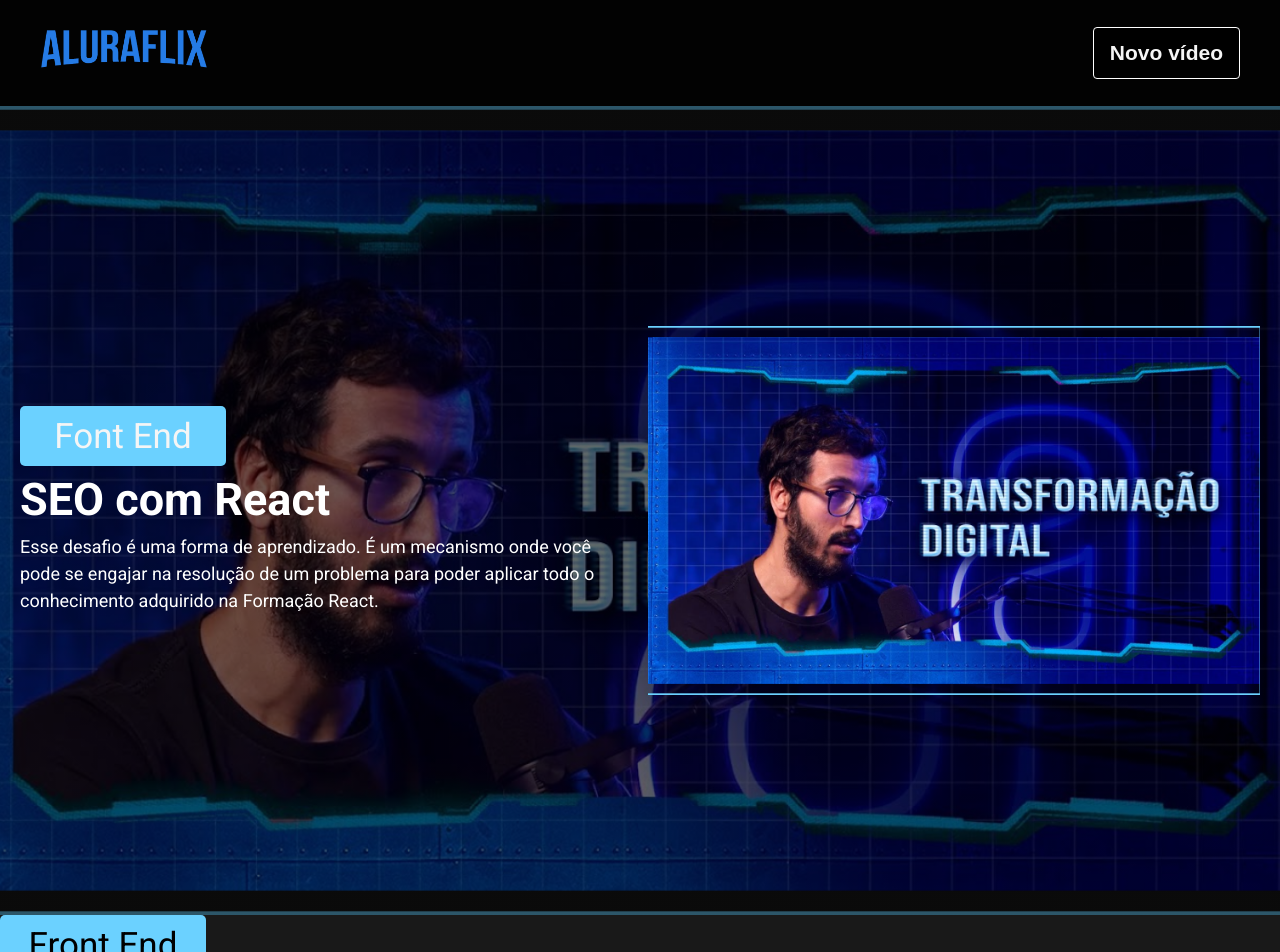
Repository: CarlosEduardoVdeOliveira/aluraflix
Page: /
An editor plug-in stored every save of this project. The page is shown before and after the next save, followed by the edit.
The browser window is 1280 px wide. The pictures show the part of the page from y = 0 to 952 px (the page is 2961 px tall).
The project was rebuilt for these pictures with package versions that can differ from the ones it lists, and the page was loaded fresh each time. Also part of the build but not shown: vite.config.js, src/components/Input/Input.module.css, src/components/Input/index.jsx, src/components/TextArea/TextArea.module.css, src/components/TextArea/index.jsx, src/pages/RegisterVideo/Register.module.css, src/pages/RegisterVideo/index.jsx, src/components/Table/Table.module.css and 3 more.

Above is the page before, as saved 2023-09-26 10:12:35.

### index.html
<!doctype html>
<html lang="en">
  <head>
    <meta charset="UTF-8" />
    <link rel="preconnect" href="https://fonts.googleapis.com">
    <link rel="preconnect" href="https://fonts.gstatic.com" crossorigin>
    <!-- <link rel="icon" type="image/svg+xml" href="/vite.svg" /> -->
    <meta name="viewport" content="width=device-width, initial-scale=1.0" />
    <link href="https://fonts.googleapis.com/css2?family=Roboto:wght@300;400;500;700&display=swap" rel="stylesheet">
    <title>AluraFlix</title>
  </head>
  <body>
    <div id="root"></div>
    <script type="module" src="/src/main.jsx"></script>
  </body>
</html>

### src/main.jsx
import React from 'react'
import ReactDOM from 'react-dom/client'
import {AppRoutes} from './routes'
import './index.css'
import { ThemeProvider } from '@emotion/react'
import { theme } from './customColors'

ReactDOM.createRoot(document.getElementById('root')).render(
  <React.StrictMode>
    <ThemeProvider theme={theme}>
      <AppRoutes />
    </ThemeProvider>
  </React.StrictMode>,
)

### src/routes.jsx
import { BrowserRouter, Route, Routes } from 'react-router-dom'
import {PageBase} from './pages/pageBase'
import {Home} from './pages/Home'
import { ThemeProvider } from '@mui/material'
import { theme } from './customColors'
import {RegisterVideo} from './pages/RegisterVideo'
import {RegisterCategory} from './pages/RegisterCategory'


export const AppRoutes = () => {
  return (
    <BrowserRouter>
      <ThemeProvider theme={theme}>
        <Routes>
          <Route path='/' element={<PageBase />}>
            <Route index element={<Home />}></Route>
            <Route path='register-video' element={<RegisterVideo />}></Route>
            <Route path='register-category' element={<RegisterCategory />}></Route>
          </Route>
        </Routes>
      </ThemeProvider>
    </BrowserRouter>
  )
}

### src/index.css
:root {
  --gray-100: #F5F5F5;
  --gray-150: #E5E5E5;
  --gray-175: #C2C2C2;
  --gray-300: #9E9E9E;
  --gray-500: #191919;
  --black: #000;
  --blue-500: #2A7AE4;
  --red-500: #E53935;
  font-family: 'Roboto', sans-serif;
  line-height: 1.5;
  font-weight: 400;
  font-size: 1rem;
  font-synthesis: none;
  text-rendering: optimizeLegibility;
  -webkit-font-smoothing: antialiased;
  -moz-osx-font-smoothing: grayscale;
  -webkit-text-size-adjust: 100%;
}
*{
  box-sizing: border-box;
  margin: 0;
  padding: 0;
  scroll-behavior: smooth;
}
body{
  background-color: var(--gray-500);
}
a {
  text-decoration: none;
  transiton: .5s all ease-out;
}

button{
  cusor: pointer;
  transiton: .5s all ease-out;
}

@media screen and (max-width: 1080px){
  body{
    font-size: 87.5%;
  }
}
@media screen and (max-width: 700px){
  body{
    font-size: 75%;
  }
}

### src/customColors.js
import { createTheme } from '@mui/material/styles';

export const theme = createTheme({
  palette: {
    withe: "#FFFFFF",
    gray100: "#F5F5F5",
    gray150: "#E5E5E5",
    gray175: "#C2C2C2",
    gray300: "#9E9E9E",
    gray500: "#191919",
    black: "#000000",
    blue500: "#2A7AE4",
    red500: "#E53935",
  },
});

### src/pages/pageBase/index.jsx
import { Banner } from '../../components/Banner';
import {Footer} from '../../components/Footer';
import {Header} from '../../components/Header'
import { Outlet } from "react-router-dom";
import { useLocation } from 'react-router-dom';


export const PageBase = () => {
  const location = useLocation()
  return (
    <main>
      <Header button={location.pathname === '/'} />
      <Banner banner={location.pathname === '/'} />
      <Outlet />
      <Footer />
    </main>
  )
}

### src/pages/Home/index.jsx
import {Category} from "../../components/Category";

// eslint-disable-next-line react/prop-types
export const Home = () => {

  return (
    <>
      {
        <Category />
      }
    </>
  )
}

### src/components/Banner/index.jsx
/* eslint-disable react/prop-types */
import styles from './Banner.module.css'
import bannerImage from '../../../public/banner.png'
import {TitleCategory} from '../TitleCategory';

export const Banner = ({banner}) => {
  return(
    <>
      {
        banner && (
        <div className={styles.container}>
          <div className={styles.content}>
            <TitleCategory
              bgColor="#6BD1FF"
              color="#f5f5f5"
            >
              Font End
            </TitleCategory>
            <h5 >
              SEO com React
            </h5>
            <p>
              Esse desafio é uma forma de aprendizado.
              É um mecanismo onde você pode se engajar na resolução de um problema
              para poder aplicar todo o conhecimento adquirido na Formação React.
            </p>
          </div>
          <img src={bannerImage} alt='Imagem do SEO da alura, '/>
        </div>
        )
      }
    </>
  );
}

### src/components/Footer/index.jsx
import { Link } from 'react-router-dom'
import logo from '../../assets/logo.png'
import styles from './Footer.module.css'
export const Footer = () => {
  return (
    <footer className={styles.container}>
      <Link to='/'>
        <img src={logo} alt="Logo do aluraflix" />
      </Link>
    </footer>
  )
}

### src/components/Header/index.jsx
/* eslint-disable react/prop-types */
// eslint-disable-next-line no-unused-vars
import React from 'react';
import logo from '../../assets/logo.png'
import styles from './Header.module.css'
import { Link } from 'react-router-dom';
import {Button} from '../Button';


export const Header = ({button}) => {

  return (
    <header className={styles.container}>
      <Link to="/">
        <img src={logo} alt='Logo do aluraflix' />
      </Link>
      {button &&
          <Link to="/register-video">
            <Button
              bgColor="#000"
              borderColor="1px solid #FFF"
              color="#F5f5f5"
            >
                  Novo vídeo
            </Button>
          </Link>
      }
    </header>
  )
}

### src/components/Category/index.jsx
import { TitleCategory } from "../TitleCategory";
import styles from "./Category.module.css";
import { videos, categories } from "../../json/db.json";
import Carousel from 'react-material-ui-carousel'
import { Card } from "../Card";

export const Category = () => {
  function verifyCategory(category){
    const vcat = videos.some(vc => vc.category === category)
    return vcat
  }
    console.log(verifyCategory("Front End"));
  return (
    <>
      {
        categories.map((category) => (
          <section className={styles.container} key={category.id}>
            <TitleCategory bgColor={category.color}>{category.name}</TitleCategory>
            <Carousel >
              <div className={styles.videos}>
                {videos.map(
                  (video) =>
                    category.name === video.category && (
                      <Card
                        link={video.link}
                        key={video.id}
                        thumbnail={video.thumbnail}
                        borderColor={category.color}
                        description={video.description}
                      />
                    )
                )}
              </div>

            </Carousel>
          </section>
        ))
      }
    </>
  );
};

### src/components/Button/index.jsx
/* eslint-disable react/prop-types */
import styles from './Button.module.css'

export const Button = ({children, bgColor, borderColor, color}) => {
  return(
    <button className={styles.button}
      style={{
        background:bgColor,
        border:borderColor,
        color:color
      }}
    >
      {children}
    </button>
  )
}

### src/json/db.json
{
  "videos":[
  {
    "id": 1,
    "name": "Homem-Aranha - Sem Volta Para Casa",
    "link": "https://www.youtube.com/watch?v=k77WZrvuDQU&ab_channel=Alura",
    "thumbnail": "https://i.ytimg.com/vi/k77WZrvuDQU/sddefault.jpg",
    "category": "Front End",
    "description": "Descrição qualquer"
  },
  {
    "id": 2,
    "name": "Homem-Aranha - Sem Volta Para Casa",
    "link": "https://www.youtube.com/watch?v=k77WZrvuDQU&ab_channel=Alura",
    "thumbnail": "https://i.ytimg.com/vi/CyiiEJRZjSU/maxresdefault.jpg",
    "category": "Front End",
    "description": "Descrição qualquer"
  },
  {
    "id": 3,
    "name": "Homem-Aranha - Sem Volta Para Casa",
    "link": "https://www.youtube.com/watch?v=hHM-hr9q4mo&ab_channel=Rocketseat",
    "thumbnail": "https://i.ytimg.com/vi/hHM-hr9q4mo/maxresdefault.jpg",
    "category": "Front End",
    "description": "Descrição qualquer"
  },
  {
    "id": 4,
    "name": "Homem-Aranha - Sem Volta Para Casa",
    "link": "https://www.youtube.com/watch?v=hHM-hr9q4mo&ab_channel=Rocketseat",
    "thumbnail": "https://i.ytimg.com/vi/hHM-hr9q4mo/maxresdefault.jpg",
    "category": "Back End",
    "description": "Descrição qualquer"
  },
  {
    "id": 5,
    "name": "Homem-Aranha - Sem Volta Para Casa",
    "link": "https://www.youtube.com/watch?v=hHM-hr9q4mo&ab_channel=Rocketseat",
    "thumbnail": "https://i.ytimg.com/vi/hHM-hr9q4mo/maxresdefault.jpg",
    "category": "Back End",
    "description": "Descrição qualquer"
  },
  {
    "id": 6,
    "name": "Homem-Aranha - Sem Volta Para Casa",
    "link": "https://www.youtube.com/watch?v=hHM-hr9q4mo&ab_channel=Rocketseat",
    "thumbnail": "https://i.ytimg.com/vi/hHM-hr9q4mo/maxresdefault.jpg",
    "category": "Back End",
    "description": "Descrição qualquer"
  },
  {
    "id": 7,
    "name": "Homem-Aranha - Sem Volta Para Casa",
    "link": "https://www.youtube.com/watch?v=MGIs7DSQ-0A&ab_channel=Alura",
    "thumbnail": "https://i.ytimg.com/vi/MGIs7DSQ-0A/maxresdefault.jpg",
    "category": "Mobile",
    "description": "Descrição qualquer"
  },
  {
    "id": 8,
    "name": "Homem-Aranha - Sem Volta Para Casa",
    "link": "https://www.youtube.com/watch?v=MGIs7DSQ-0A&ab_channel=Alura",
    "thumbnail": "https://i.ytimg.com/vi/MGIs7DSQ-0A/maxresdefault.jpg",
    "category": "Mobile",
    "description": "Descrição qualquer"
  },
  {
    "id": 9,
    "name": "Homem-Aranha - Sem Volta Para Casa",
    "link": "https://www.youtube.com/watch?v=MGIs7DSQ-0A&ab_channel=Alura",
    "thumbnail": "https://i.ytimg.com/vi/MGIs7DSQ-0A/maxresdefault.jpg",
    "category": "Mobile",
    "description": "Descrição qualquer"
  },
  {
    "id": 10,
    "name": "Homem-Aranha - Sem Volta Para Casa",
    "link": "https://www.youtube.com/watch?v=CyiiEJRZjSU",
    "thumbnail": "https://i.ytimg.com/vi/CyiiEJRZjSU/maxresdefault.jpg",
    "category": "Data Science",
    "description": "Descrição qualquer"
  },
  {
    "id": 11,
    "name": "Homem-Aranha - Sem Volta Para Casa",
    "link": "https://www.youtube.com/watch?v=CyiiEJRZjSU",
    "thumbnail": "https://i.ytimg.com/vi/CyiiEJRZjSU/maxresdefault.jpg",
    "category": "Data Science",
    "description": "Descrição qualquer"
  },
  {
    "id": 12,
    "name": "Homem-Aranha - Sem Volta Para Casa",
    "link": "https://www.youtube.com/watch?v=CyiiEJRZjSU",
    "thumbnail": "https://i.ytimg.com/vi/CyiiEJRZjSU/maxresdefault.jpg",
    "category": "Data Science",
    "description": "Descrição qualquer"
  },
  {
    "id": 13,
    "name": "Homem-Aranha - Sem Volta Para Casa",
    "link": "https://www.youtube.com/watch?v=CyiiEJRZjSU",
    "thumbnail": "https://i.ytimg.com/vi/CyiiEJRZjSU/maxresdefault.jpg",
    "category": "UX",
    "description": "Descrição qualquer"
  },
  {
    "id": 14,
    "name": "Homem-Aranha - Sem Volta Para Casa",
    "link": "https://www.youtube.com/watch?v=CyiiEJRZjSU",
    "thumbnail": "https://i.ytimg.com/vi/CyiiEJRZjSU/maxresdefault.jpg",
    "category": "UX",
    "description": "Descrição qualquer"
  },
  {
    "id": 15,
    "name": "Homem-Aranha - Sem Volta Para Casa",
    "link": "https://www.youtube.com/watch?v=CyiiEJRZjSU",
    "thumbnail": "https://i.ytimg.com/vi/CyiiEJRZjSU/maxresdefault.jpg",
    "category": "UX",
    "description": "Descrição qualquer"
  },
  {
    "id": 16,
    "name": "Homem-Aranha - Sem Volta Para Casa",
    "link": "https://www.youtube.com/watch?v=CyiiEJRZjSU",
    "thumbnail": "https://i.ytimg.com/vi/CyiiEJRZjSU/maxresdefault.jpg",
    "category": "Infra",
    "description": "Descrição qualquer"
  },
  {
    "id": 17,
    "name": "Homem-Aranha - Sem Volta Para Casa",
    "link": "https://www.youtube.com/watch?v=CyiiEJRZjSU",
    "thumbnail": "https://i.ytimg.com/vi/CyiiEJRZjSU/maxresdefault.jpg",
    "category": "Infra",
    "description": "Descrição qualquer"
  },
  {
    "id": 18,
    "name": "Homem-Aranha - Sem Volta Para Casa",
    "link": "https://www.youtube.com/watch?v=CyiiEJRZjSU",
    "thumbnail": "https://i.ytimg.com/vi/CyiiEJRZjSU/maxresdefault.jpg",
    "category": "Infra",
    "description": "Descrição qualquer"
  },
  {
    "id": 19,
    "name": "Homem-Aranha - Sem Volta Para Casa",
    "link": "https://www.youtube.com/watch?v=CyiiEJRZjSU",
    "thumbnail": "https://i.ytimg.com/vi/CyiiEJRZjSU/maxresdefault.jpg",
    "category": "Inovation",
    "description": "Descrição qualquer"
  },
  {
    "id": 20,
    "name": "Homem-Aranha - Sem Volta Para Casa",
    "link": "https://www.youtube.com/watch?v=CyiiEJRZjSU",
    "thumbnail": "https://i.ytimg.com/vi/CyiiEJRZjSU/maxresdefault.jpg",
    "category": "Inovation",
    "description": "Descrição qualquer"
  },
  {
    "id": 21,
    "name": "Homem-Aranha - Sem Volta Para Casa",
    "link": "https://www.youtube.com/watch?v=CyiiEJRZjSU",
    "thumbnail": "https://i.ytimg.com/vi/CyiiEJRZjSU/maxresdefault.jpg",
    "category": "Inovation",
    "description": "Descrição qualquer"
  },
  {
    "id": 22,
    "name": "Homem-Aranha - Sem Volta Para Casa",
    "link": "https://www.youtube.com/watch?v=CyiiEJRZjSU",
    "thumbnail": "https://i.ytimg.com/vi/CyiiEJRZjSU/maxresdefault.jpg",
    "category": "AI",
    "description": "Descrição qualquer"
  }
],
"categories":[
  {

    "id":1,
    "name":"Front End",
    "description": "Todos os vídeo da área de Front End juntarei nessa categoria para organizar os estudos que venho fazendo atualmente (FieldTextarea)",
    "color":"#6BD1FF"
  },
  {
    "id":2,
    "name":"Back End",
    "description": "Todos os vídeo que estou usando para estudar Back End ",
    "color":"#69953B"
  },
  {
    "id":3,
    "name":"Design & UX",
    "description": "Ferramentas e técnicas que estudo sobre UX e Design",
    "color":"#DC6EBE"
  },
  {
    "id":4,
    "name":"Infraestrutura" ,
    "description": "Tudo que estou aprendendo sobre Docker e muito mais",
    "color":"#9CD33B"
  },
  {
    "id":5,
    "name":"Marketing Digital",
    "description": "A forma de vender a monetizar minhas ideias",
    "color":"#6B5BE2"
  },
  {
    "id":6,
    "name":"Data Science",
    "description": "Coisas de R e Python que venho aprendendo",
    "color":"#9CD33B"
  },
  {
    "id":7,
    "name":"Inovação & Gestão",
    "description": "Como manter o time feliz e muito mais",
    "color":"#FF8C2A"
  },
  {
    "id":8,
    "name":"Mobile",
    "description": "Conteúdo que venho estudando sobre React Native e Flutter",
    "color":"#FFBA05"
  },
  {
    "id":9,
    "name":"AI",
    "description": "Conteúdo que venho estudando sobre React Native e Flutter",
    "color":"#B210C7"
  }
]
}

### src/components/Banner/Banner.module.css
.container{
  background: linear-gradient(rgba(0, 0, 0, 0.59), rgba(0, 0, 0, 0.59)),
  url(../../../public/banner.png) center / cover no-repeat;
  width: 100%;
  height: 50.563rem;
  display: grid;
  grid-template-columns: 1fr 1fr;
  align-items: center;
  gap: 1rem;
  padding: 20px;
}
.container img{
  width: 100%;
  flex-shrink: 0;
}
.content{
  color: #FFF;
}
.content h5{
  font-size: 2.813rem;
}
.content p{
  font-size: 1.125rem;
}

### src/components/TitleCategory/index.jsx
import styles from "./TitleCategory.module.css"
// eslint-disable-next-line react/prop-types
export const TitleCategory = ({children, bgColor, color}) => {
  return(
    <div
      className={styles.container}
      style={{
        backgroundColor: bgColor,
        color: color
      }}
    >
      {children}
    </div>
  )
}

### src/components/Footer/Footer.module.css
.container{
  display: flex;
  align-items: center;
  justify-content: center;
  padding: 1.688rem 2.5rem;
  background-color: rgba(0, 0, 0, 0.9);
}

.container img{
  width: 168.45px;
  height: 40px;
}

### src/components/Header/Header.module.css
.container{
  display: flex;
  justify-content: space-between;
  align-items: center;
  padding: 1.688rem 2.5rem;
  background-color: rgba(0, 0, 0, 0.9);
}

.container img{
  width: 168.45px;
  height: 40px;
}

### src/components/Category/Category.module.css
.container{
  display: flex;
  flex-direction: column;
  overflow: none;
  width: 23%;
}
.videos{
  display: flex;
  width: 100%;
}

### src/components/Card/index.jsx
/* eslint-disable react/prop-types */
import styles from './Card.module.css'
import { Link } from 'react-router-dom'

export const Card = ({
  id,
  link,
  thumbnail,
  description,
  borderColor
}) => {
  return(
    <>
      <Link
        to={link}
        className={styles.card}
        style={{border:`1px solid ${borderColor}`}}
        key={id}
        target='_blank'
        title={description}
      >
        <img src={thumbnail} alt={description} />
      </Link>

    </>
  )
}

### src/components/Button/Button.module.css
.button{
  color: #FFF;
  text-align: center;
  padding: 0.8rem 1rem;
  border-radius: .25rem;
  font-size: 21px;
  font-style: normal;
  font-weight: 600;
  cursor: pointer;
  line-height: 24px;
  transition: all .5s ease-in-out;
}

.button:hover{
  opacity: 0.8;
}

### src/components/TitleCategory/TitleCategory.module.css
.container{
  width: 206px;
  height: 60px;
  padding: 5px;
  text-align: center;
  border-radius: 5px;
  font-size: 35px;
}

### src/components/Card/Card.module.css
.card{
  width: 433px;
  height: 263px;
  border-radius: .25rem;
  animation: slideAnimation 5s infinite alternate;
}
.card img{
  width: 430px;
  height: 260px;
  border-radius: .25rem;
}

After the next save:
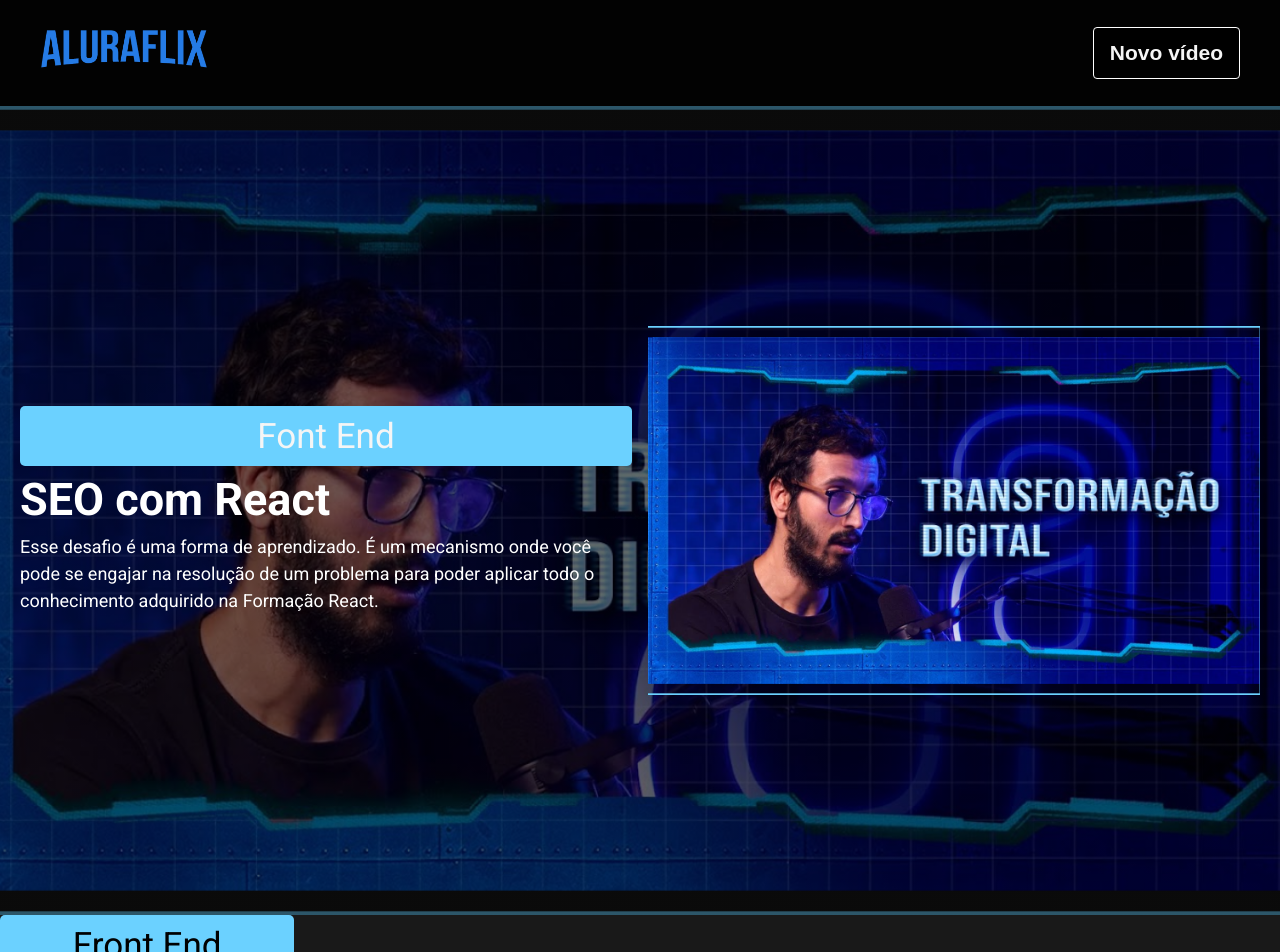
Saved 13 s later.
--- a/src/components/TitleCategory/TitleCategory.module.css
+++ b/src/components/TitleCategory/TitleCategory.module.css
@@ -1,5 +1,5 @@
 .container{
-  width: 206px;
+  min-width: 206px;
   height: 60px;
   padding: 5px;
   text-align: center;

After the save that followed:
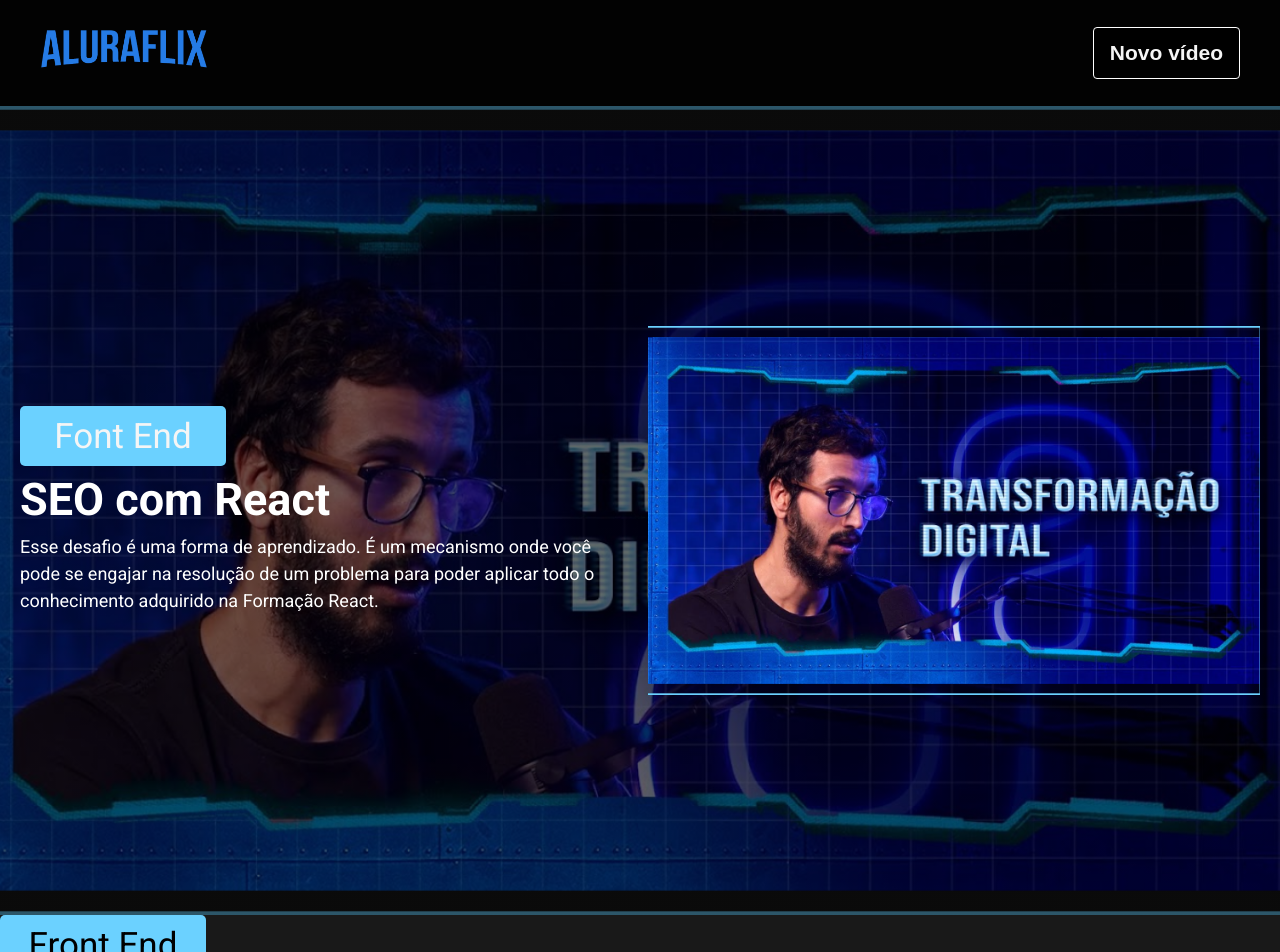
Saved 18 s later.
--- a/src/components/TitleCategory/TitleCategory.module.css
+++ b/src/components/TitleCategory/TitleCategory.module.css
@@ -1,5 +1,6 @@
 .container{
   min-width: 206px;
+  max-width: 206px;
   height: 60px;
   padding: 5px;
   text-align: center;
